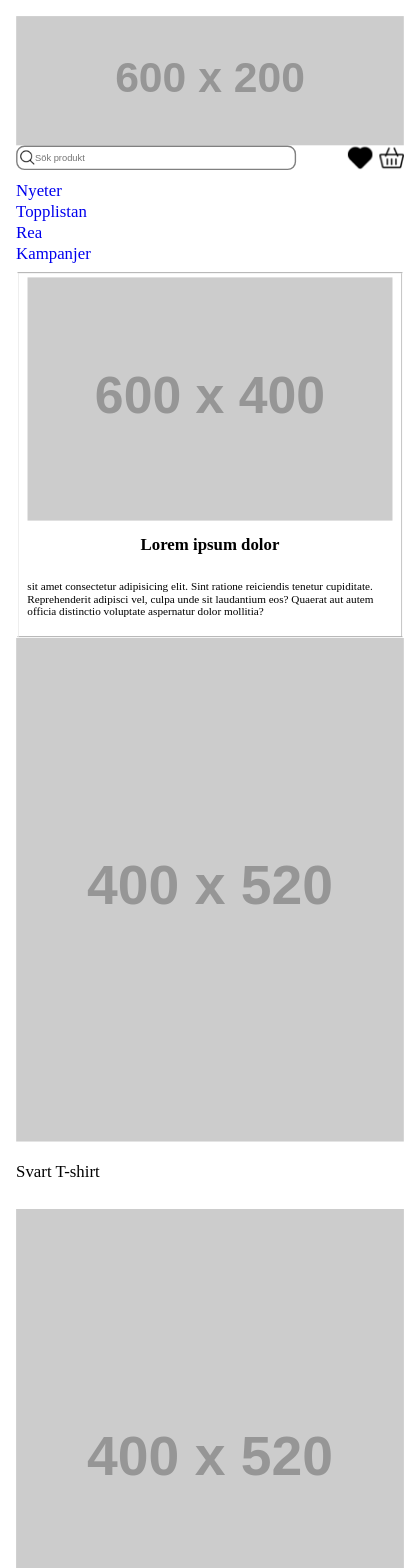
Repository: Kalle1995/project
Page: index.html
These files come from the project's save history. The page is drawn as it stood at one moment and after the next save; the edit follows.
The browser window is 600 px wide. The pictures show the part of the page from y = 0 to 2240 px (the page is 7503 px tall before and 7513 px after), at 70% of full size.

Above is the page before, as saved 2024-10-05 22:23:28.

### index.html
<!DOCTYPE html>
<html lang="sv">

<head>
  <meta charset="UTF-8" />
  <meta name="viewport" content="width=device-width, initial-scale=1.0" />
  <title>Freaky Fashion</title>

  <link rel="stylesheet" href="main.css" />
</head>

<body>
  <header>
    <section>
      <div class="wholeHead">
        <img src="https://placehold.co/600x200 " alt="icon" class="icon" />

        <div class="searchAndIcons">
          <input type="search" placeholder="Sök produkt" class="search">
          <div class="headIcons">
            <a href="#"><img src="bilder/full heart.png" alt="favourite"></a>
            <a href="#"><img src="bilder/cart.png" alt="cart"></a>
          </div>
        </div>
      </div>

      <!-- jag behöver fixa att man kan sriva och iconen förvinner -->
      <!-- om, jag har div för input typ så den ta hela raden -->

      <div>
        <nav class="NavList">
          <ul>
            <li class="nav-list-item"><a href="#">Nyeter</a></li>
            <li class="nav-list-item hide-on-mobile ejnav"><a href="#">Kategoroer</a></li>
            <li class="nav-list-item"><a href="#">Topplistan</a></li>
            <li class="nav-list-item"><a href="#">Rea</a></li>
            <li class="nav-list-item"><a href="#">Kampanjer</a></li>
          </ul>
        </nav>
      </div>

      <!-- <dl> och <dt> använda man i detta falet  -->

    </section>
  </header>

  <main>
    <section class="mid">
      <article>
        <fieldset class="head">
          <img class="head-image" src="https://placehold.co/600x400" alt="" class="loremPic">
          <div>
            <h2 class="head-title">Lorem ipsum dolor</h2>
            <p class="head-text">
              <br>sit amet consectetur adipisicing elit. Sint ratione reiciendis tenetur cupiditate. Reprehenderit
              adipisci
              vel, culpa unde sit laudantium eos? Quaerat aut autem officia distinctio voluptate aspernatur dolor
              mollitia?
            </p>
          </div>
        </fieldset>
      </article>
    </section>
    <section class="products">
      <!-- grid container -->
      <div class="product">
        <!-- <img src="bilder/full heart.png" alt=""> -->
        <img class="product-pic" src="https://placehold.co/400x520/png?text=Black+T-shirt" alt="Svart T-shirt" />
        <p>Svart T-shirt</p>
      </div>

      <div class="product">
        <img class="product-pic" src="https://placehold.co/400x520/png?text=Red+T-shirt" alt="" />
        <p>Röd T-shirt</p>
      </div>

      <div class="product">
        <img class="product-pic" src="https://placehold.co/400x520/png?text=Green+T-shirt" alt="" />
        <p>Grön T-shirt</p>
      </div>

      <div class="product">
        <img class="product-pic" src="https://placehold.co/400x520/png?text=Gul+T-shirt" alt="" />
        <p>Gul T-shirt</p>

      </div>

      <div class="product">
        <img class="product-pic" src="https://placehold.co/400x520/png?text=Red+T-shirt" alt="">
        <p>Röd T-shirt</p>
      </div>

      <div class="product">
        <img class="product-pic" src="https://placehold.co/400x520/png?text=Red+T-shirt" alt="">
        <p>Röd T-shirt</p>
      </div>

      <div class="product">
        <img class="product-pic" src="https://placehold.co/400x520/png?text=Red+T-shirt" alt="">
        <p>Röd T-shirt</p>
      </div>

      <div class="product">
        <img class="product-pic" src="https://placehold.co/400x520/png?text=Red+T-shirt" alt="">
        <p>Röd T-shirt</p>
      </div>
    </section>
  </main>

  <br>

  <footer>
    <div class="Company">&copy; Freaky Fashion</div>
  </footer>
</body>

</html>

### main.css
body {
    padding: 15px;
    font-size: 2em;
    display: grid;

}


.head-title {
    text-align: center;
}

.products {
    display: grid;
    gap: 15px;
}

ul {
    list-style-type: none;
    margin: 0;
    padding: 0;

}

.search {
    border: 2px solid gray;
    border-radius: 12px;
    padding: 5px;
    display: inline;
    background-image: url(bilder/search.png);
    background-repeat: no-repeat;
    background-position: 4px;
    padding-left: 25px;

}

.NavList {
    display: block;
    padding-bottom: 10px;
    padding-top: 10px;

}

.hide-on-mobile {
    display: none;
}

.nav-list-item {
    a {
        text-decoration: none;
    }
}

.product-pic {
    width: 100%;
    height: auto;
}

.head {
    display: flex;
    flex-direction: column;
}

.head-image {
    width: 100%;
}

.wholeHead {
    display: flex;
    flex-direction: row;
}

.searchAndIcons {
    width: 100%;
    display: flex;
    flex-direction: row;
    margin: auto 0 auto 20px;
}

.search {
    height: 30px;
    width: 100%;
    max-width: 400px;
    margin-right: 10px;
}

.headIcons {
    display: flex;
    gap: 10px;
    margin-right: 0;
    margin-left: auto;

    img {
        height: 30px;
    }
}

.icon {
    width: 300px;
}

@media (max-width: 640px) {
    .mid {
        position: relative;
        display: block;
        font-size: medium;
    }

    li {
        margin-bottom: 3px;
    }

    .icon {
        width: 100%;
    }

    .wholeHead {
        flex-direction: column;
    }

    .search {
        height: 35px;
        width: 100%;
        max-width: 400px;
    }

    .headIcons {
        img {
            height: 35px;
        }
    }

    .searchAndIcons {
        margin-left: 0;
    }
}

@media (min-width: 640px) {
    .products {
        grid-template-columns: repeat(2, 1fr);
    }

    .mid {
        position: relative;
        display: block;
        font-size: large;
    }
}

body {
    font-size: 1.5em;
}

@media (min-width: 1024px) {
    .products {
        grid-template-columns: repeat(4, 1fr);
    }

    body {
        font-size: 1em;
    }

    .listan {
        display: flex;
    }

    li {
        display: inline;
        margin-right: 5px;
    }

    .hide-on-mobile {
        display: inline-block;
    }

    .head {
        flex-direction: row-reverse;
    }
}





/*
    @media (max-width:1024px) {
        .ejnav {
            display: none;
        }

      }
*/



/*
      @media print {
        body {
            font-size: 4em;
        }
        img {
            display: none;
        }
      }
*/



/*
här för Nyproduckt sidan
*/


header>h3 {
    position: absolute;
    left: 10px;
    bottom: auto;
}

.vänster {
    display: grid;
    grid-template-rows: 100%;
    background-color: gray;
}


.liggTill {
    hero-text button: hover
}


/*
kassa sidan
*/

.kassa {
    text-align: center;

}






.buy>button {
    display: grid;
    align-items: center;
    width: 80px;
    height: 30px;
    background-color: rgb(255, 255, 255);
    margin-left: 50%;
    font-weight: bold;
    border-radius: 10px;

}


.no-space {
    margin: 0;
    padding: 0;
    border: none;
    border-top: 1px solid black;
    /* Valfri färg eller stil på linjen */
}


.omOss {
    padding: 15px;
    background-color: rgb(207, 206, 206)
}

.list-container {
    display: inline-flex;
    justify-content: space-between;
    /* Ser till att listorna sprids ut jämnt */
    gap: 150px;
    /* Mellanrum mellan listorna */
}

.list {
    flex: 1;
    /* Gör att listorna tar upp lika mycket plats */
    padding-left: 15px;
}

.list h3 {
    margin-bottom: 20px;
}

.list li {
    list-style-type: none;
    /* ingen punkter i listan */
    padding: 0;
}

.list li ul {
    margin-bottom: 10px;
}




/*
Administration
*/

.AD {
    width: 115%;
    padding-left: 15px;
    margin-left: -25px;
    margin-top: -25px;
    float: left;
    font-style: normal;
    background-color: rgb(0, 0, 0);
    position: relative;
    display: flex;
    color: white;
}

.PR {
    background-color: rgb(209, 209, 208);
    height: auto;
    margin-left: -25px;
    padding-left: 20px;
    margin-right: auto;
    padding-right: 70px;
    padding-top: 15px;
    font-weight: bold;
    position: relative;
}

.AR {
    position: relative;
    ;
    left: 200px;
    top: -40px;

}













/*

.Company{
    text-align: center;
    bottom: auto;
}

After the next save:
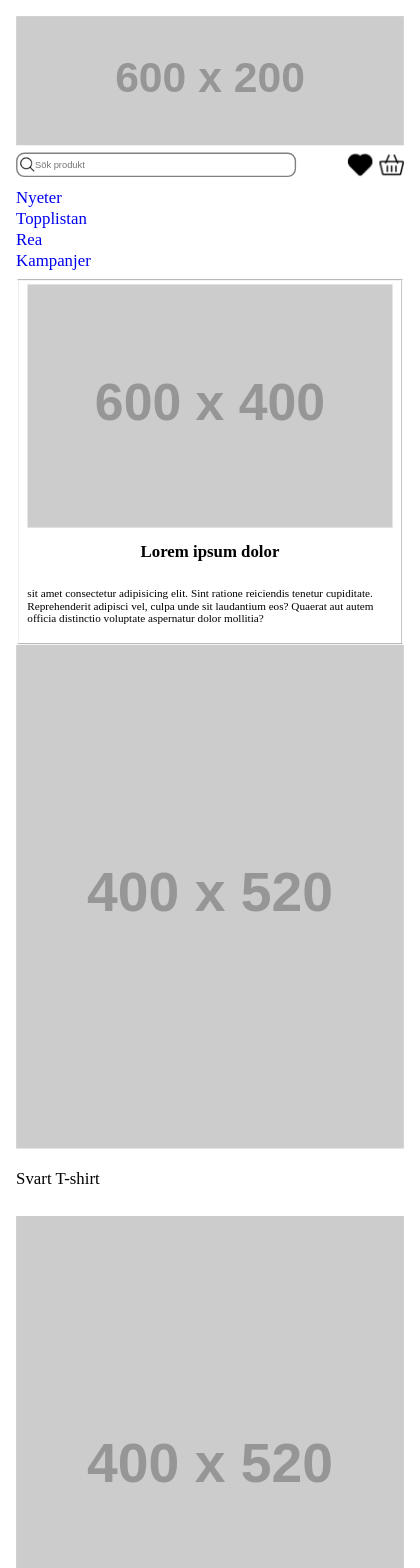
Saved 14 s later.
--- a/main.css
+++ b/main.css
@@ -131,6 +131,7 @@ ul {
     }
 
     .searchAndIcons {
+        margin-top: 10px;
         margin-left: 0;
     }
 }
